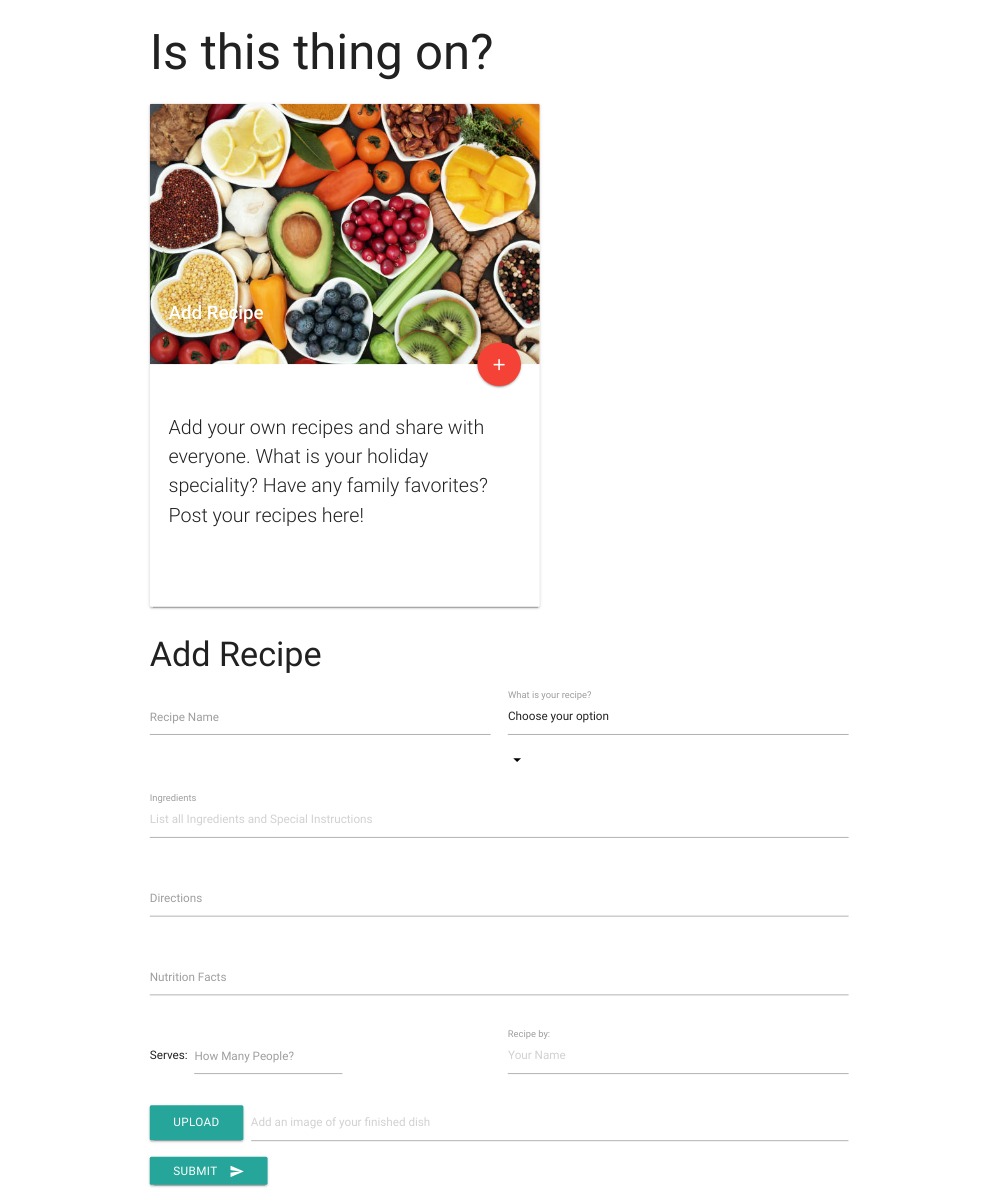
Repository: callendera/MilestoneProject3
Page: templates/recipes.html
The author's editor kept a record of every edit. The page is drawn from the files as they stood at one moment, then again after the next edit.
The browser window is 1280 px wide. The pictures show the whole page, at 78% of full size.
The page is served by the project's application, run on Flask 3 (recipe.py). The template is opened directly, without the code that normally fills it, so the values that code supplies are empty.

Above is the page before.

After the next edit:
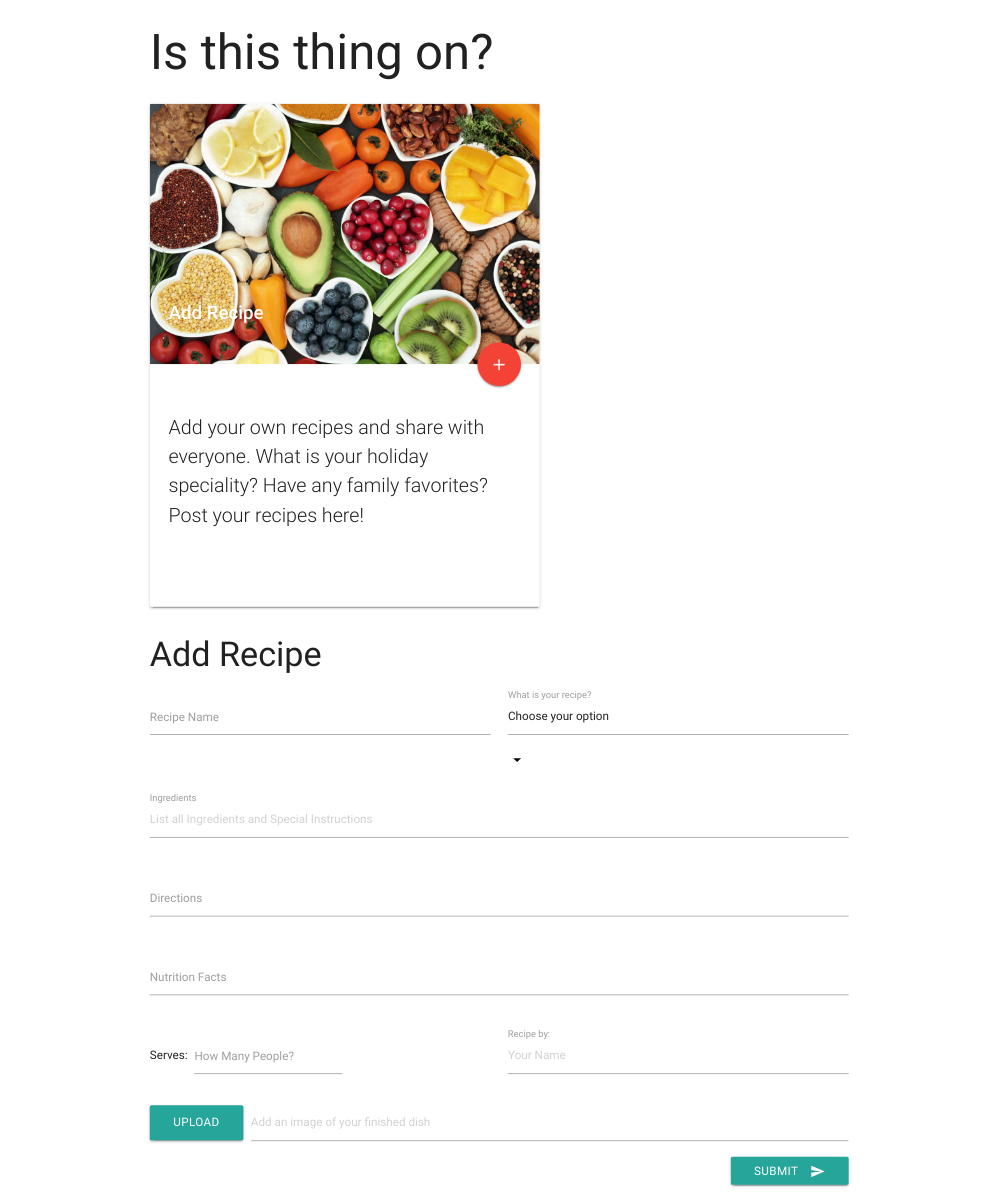
The edit:
--- a/templates/recipes.html
+++ b/templates/recipes.html
@@ -124,7 +124,7 @@
         <input placeholder="Add an image of your finished dish" class="file-path" type="text">
       </div>
     </div>
-        <button class="btn waves-effect waves-light" type="submit" name="action">Submit
+        <button class="btn waves-effect waves-light right" type="submit" name="action">Submit
             <i class="material-icons right">send</i>
          </button>
     </form>
